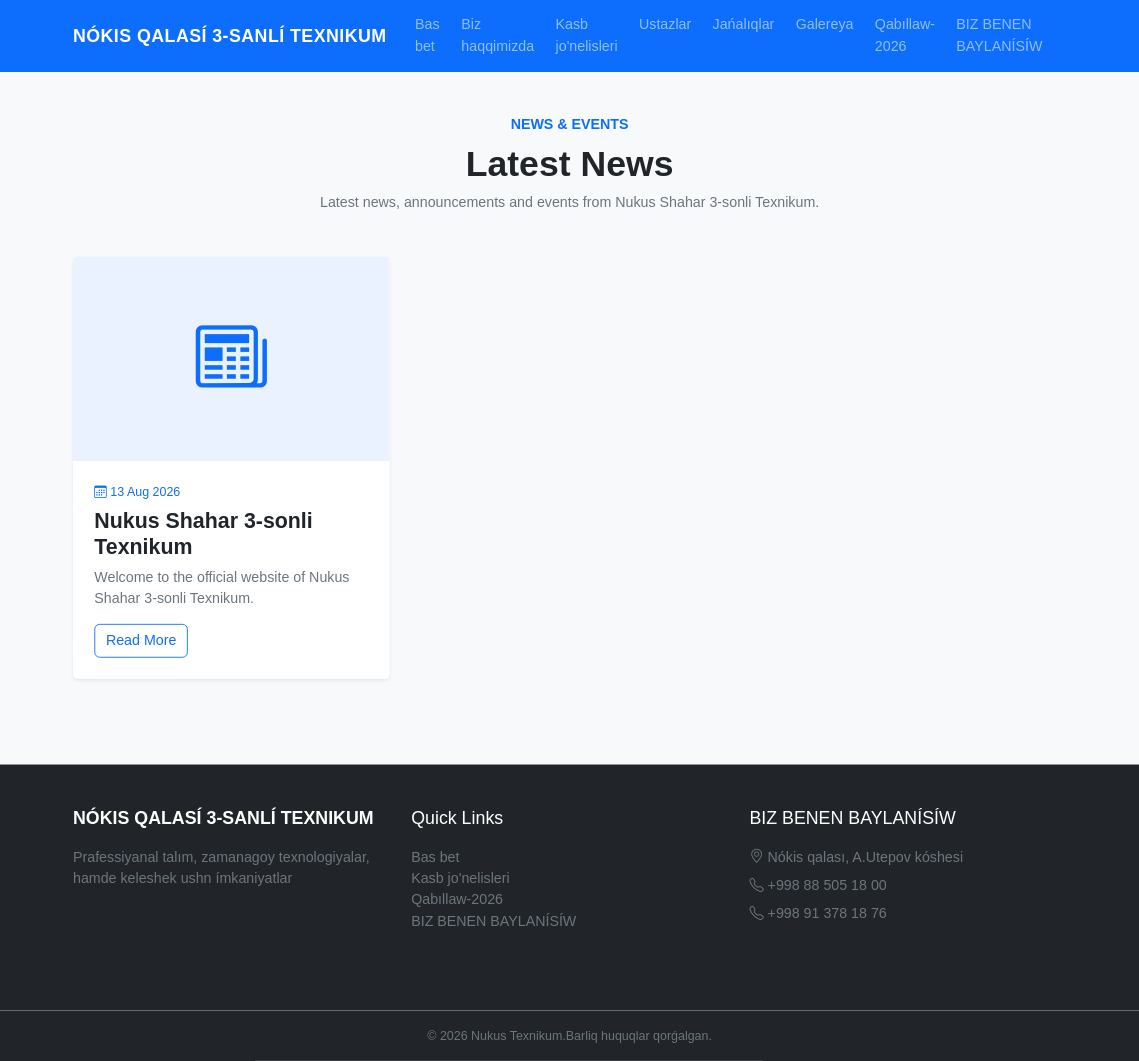
Repository: Neptunescorp/nukus_technicum
Page: http://localhost/news/
These files come from the project's save history. The page is drawn as it stood at one moment and after the next save; the edit follows.
The browser window is 1280 px wide. The pictures show the whole page, at 89% of full size.
The page is served by the project's application, run on Django 5.2 (manage.py). The page reads the database file committed with the project.

Above is the page before, as saved 2026-08-19 11:52:29.

After the next save:
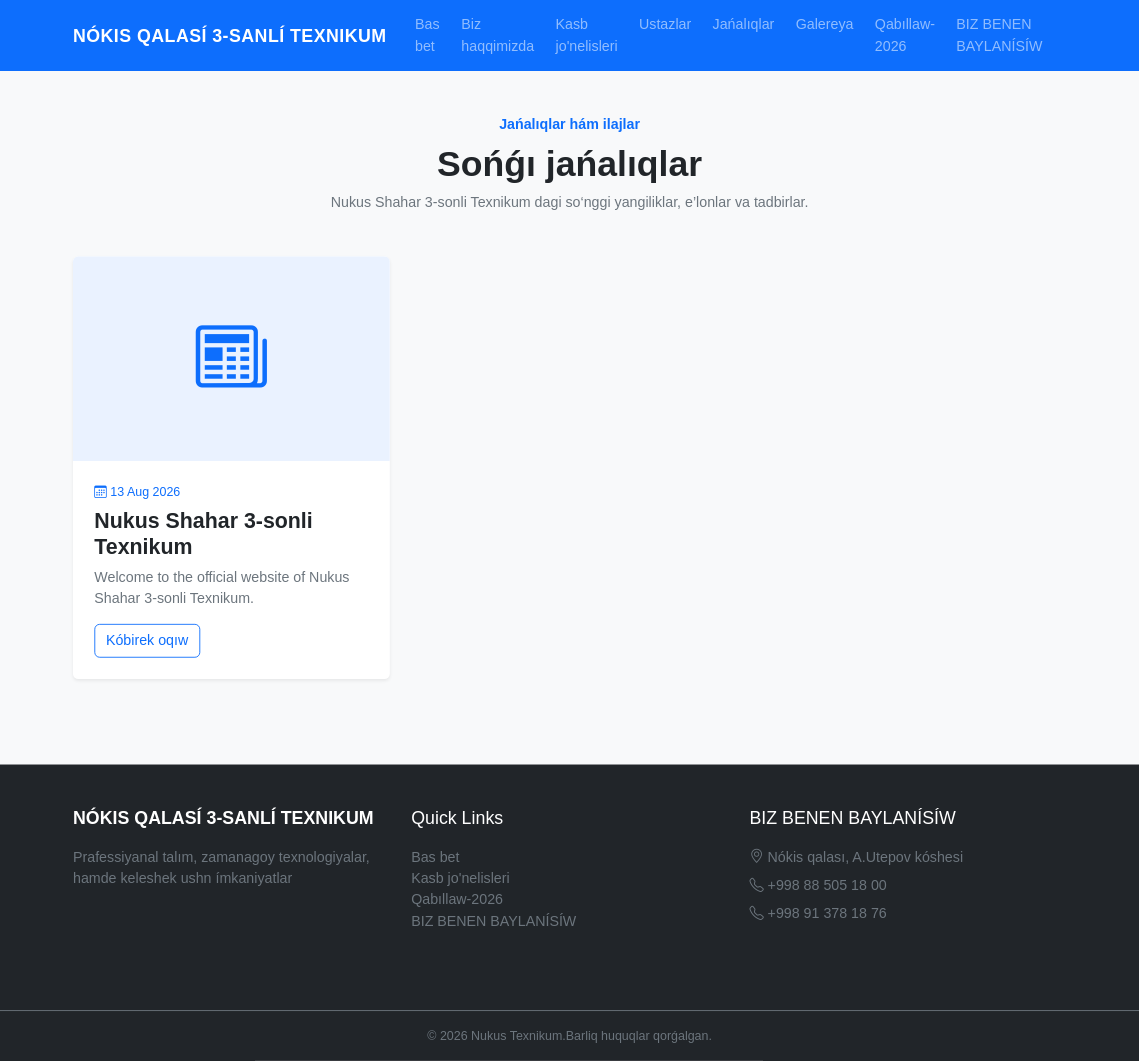
Saved 115 s later.
--- a/news/templates/news/list.html
+++ b/news/templates/news/list.html
@@ -14,16 +14,16 @@ News | Nukus Shahar 3-sonli Texnikum
         <div class="text-center mb-5">
 
             <span class="text-primary fw-semibold">
-                NEWS & EVENTS
+                Jańalıqlar hám ilajlar
             </span>
 
             <h1 class="fw-bold mt-2">
-                Latest News
+                Sońǵı jańalıqlar
             </h1>
 
             <p class="text-secondary">
-                Latest news, announcements and events
-                from Nukus Shahar 3-sonli Texnikum.
+                Nukus Shahar 3-sonli Texnikum dagi
+                so‘nggi yangiliklar, e’lonlar va tadbirlar.
             </p>
 
         </div>
@@ -91,7 +91,7 @@ News | Nukus Shahar 3-sonli Texnikum
                             href="{% url 'news_detail' news.pk %}"
                             class="btn btn-outline-primary"
                         >
-                            Read More
+                            Kóbirek oqıw
                         </a>
 
                     </div>
